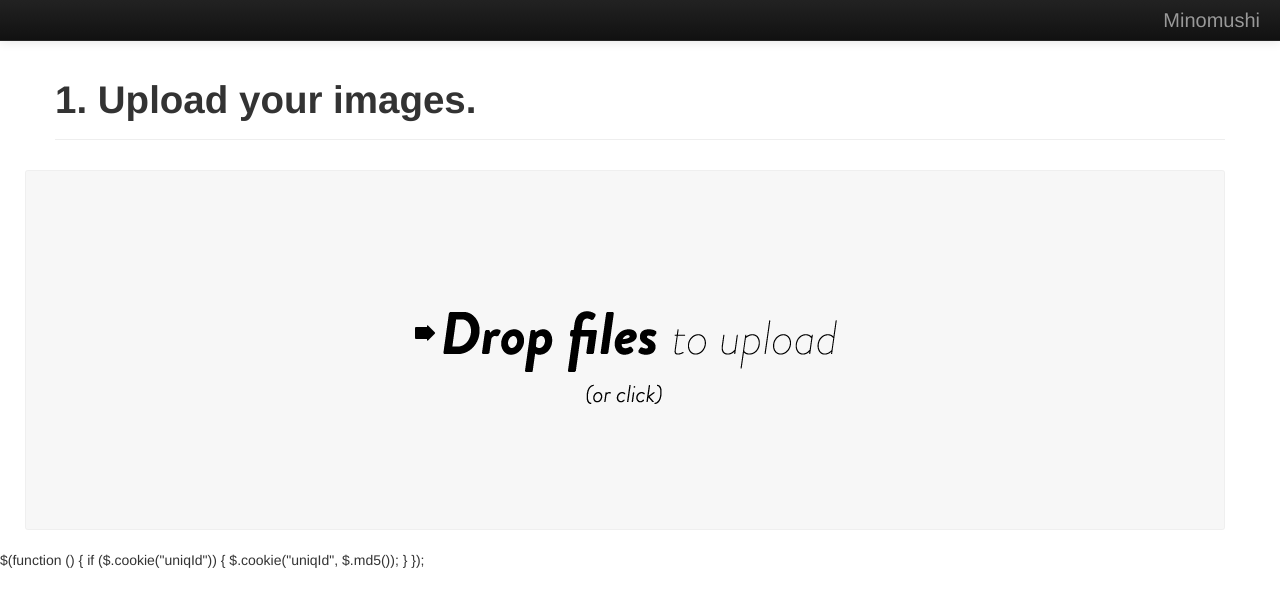
Repository: techiela/minomushi
Page: client/index.html
The author's editor kept a record of every edit. The page is drawn from the files as they stood at one moment, then again after the next edit.
The browser window is 1280 px wide. The pictures show the whole page.

Above is the page before.

After the next edit:
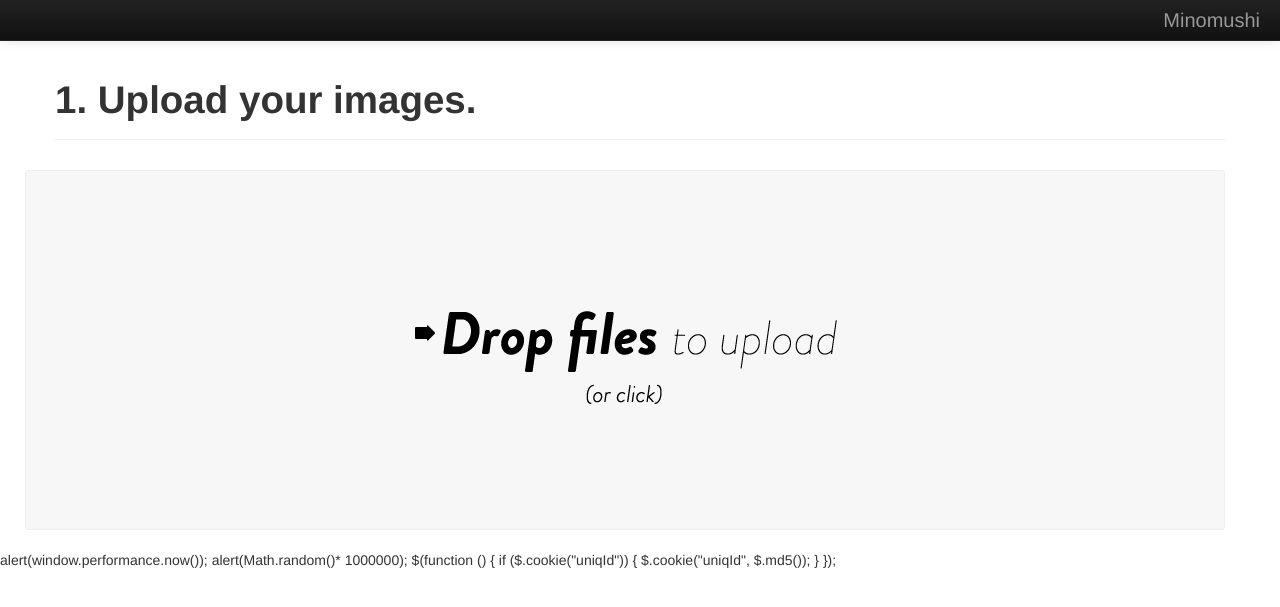
The edit:
--- a/client/index.html
+++ b/client/index.html
@@ -98,6 +98,9 @@
   <script src="/js/angular.min.js"></script>
   <script src="/js/dropzone.js"></script>
   <scropt>
+
+  alert(window.performance.now());
+alert(Math.random()* 1000000);
     $(function () {
       if ($.cookie("uniqId")) {
         $.cookie("uniqId", $.md5());
